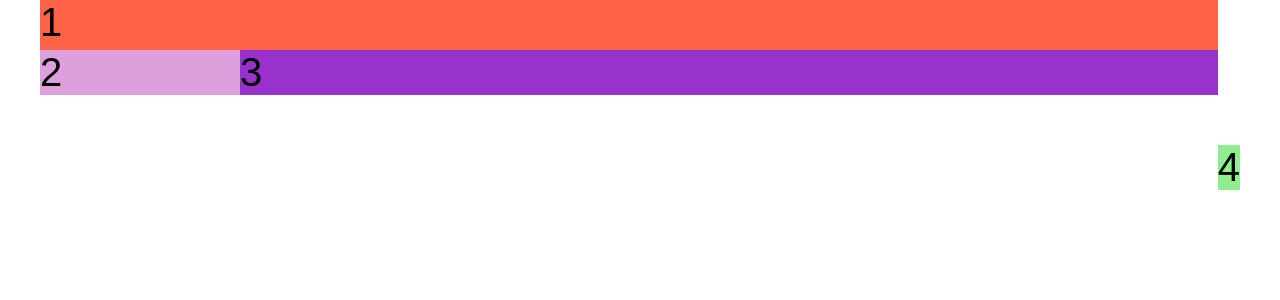
Repository: danilodscosta/CursoHTML
Page: aula1/aulascss.html
The author's editor kept a copy of each file at every save. The page is drawn from the files as they stood at one save, then again after the next save.
The browser window is 1280 px wide. The pictures show the whole page.

Above is the page before, as saved 2024-01-18 19:58:15.

### aula1/aulascss.html
<!DOCTYPE html>
<html lang="pt-BR">

<head>
    <meta charset="utf-8">
    <meta name="viewport" content="width=device-width, inital-scale=1.0">
    <title>Aulas CSS</title>
    <link rel="stylesheet" href="assets/css/aulasstyle.css">
</head>



<body>
    <div class="container">
        <div class="grid">
            <div>1</div>
            <div>2</div>
            <div>3</div>
            <div>4</div>
        </div>
    </div>

</body>
</html>

### aula1/assets/css/aulasstyle.css
/*
ID Classes, atributos e pseudo-classes  Elementos e pseudo-elementos
*/

* {
    margin: 0;
    padding: 0;
    box-sizing: border-box;
}


body {
    font-family: sans-serif;
    font-size: 40px;
}

.container {
    max-width: 1200px;
    margin: 0 auto;
}

.grid {
    display: grid;
    grid-template-rows: 50px 1fr 50px;
    grid-template-columns: 200px 1fr;
    grid-template-areas:
        'header header'
        'nav main';
}

.grid div:nth-child(1) {
    grid-area: header;
    background: tomato;
}

.grid div:nth-child(2) {
    grid-area: nav;
    background: plum;
}

.grid div:nth-child(3) {
    grid-area: main;
    background: darkorchid;
}

.grid div:nth-child(4) {
    grid-area: footer;
    background: lightgreen;
}


@media all and (max-width: 568px) {
    .grid .col {
        width: 100%;
    }
}

@media all and (min-width: 569px) and (max-width: 768px) {
    .grid .col {
        width: 50%;
    }
}

@media all and (min-width: 769px) and (max-width: 1200px) {
    .grid .col {
        width: 33.33%;
    }
}

@media all and (min-width: 1201px) and (max-width: 2400px) {
    .grid .col {
        width: 25%;
    }
}

After the next save:
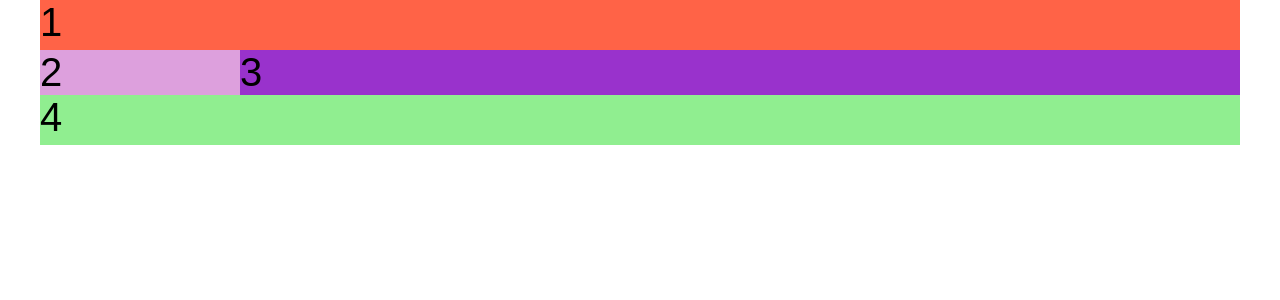
Saved 16 s later.
--- a/aula1/assets/css/aulasstyle.css
+++ b/aula1/assets/css/aulasstyle.css
@@ -25,7 +25,8 @@
     grid-template-columns: 200px 1fr;
     grid-template-areas:
         'header header'
-        'nav main';
+        'nav main'
+        'footer footer';
 }
 
 .grid div:nth-child(1) {
